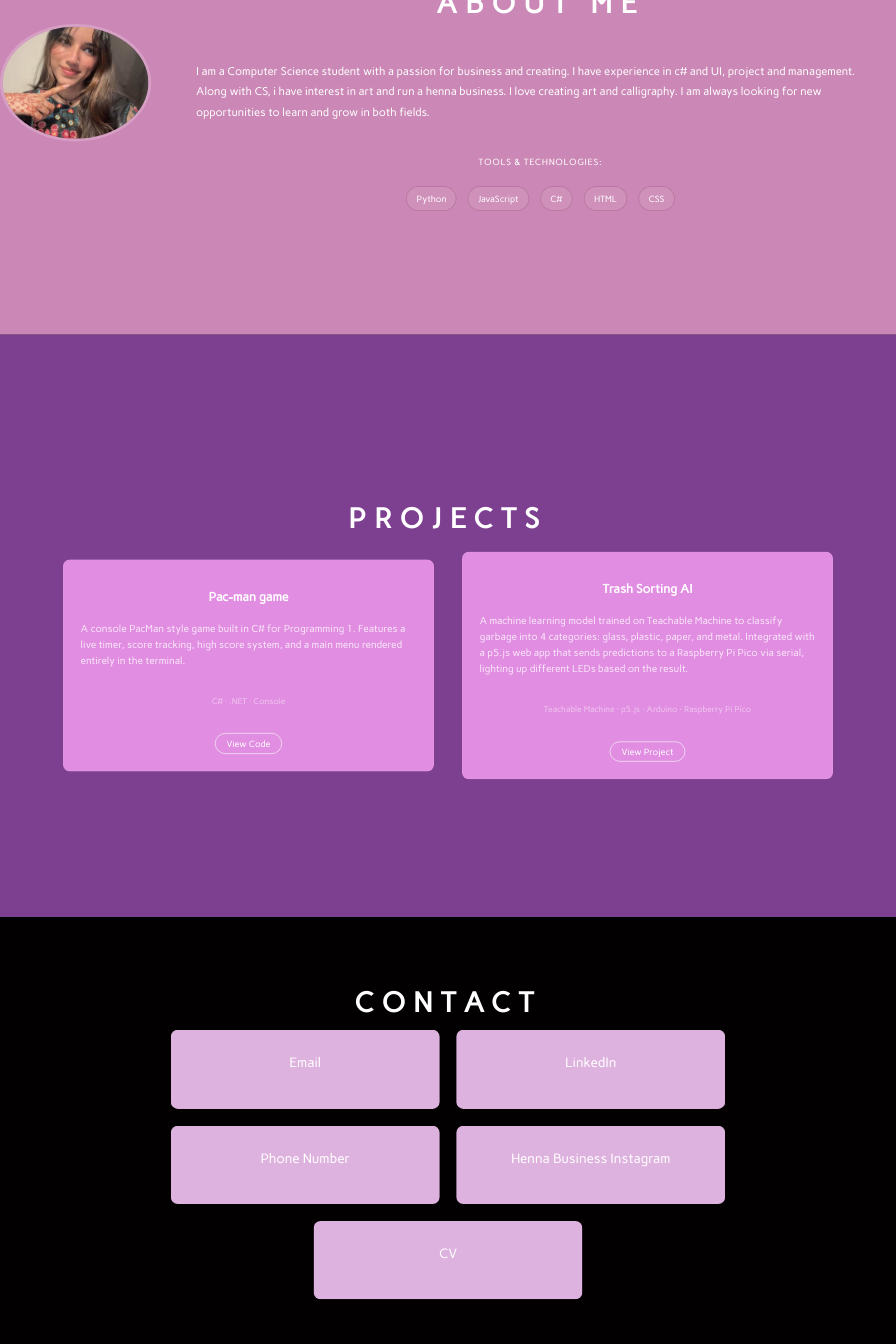
Repository: Rameen-A/Rameen-A
Page: index.html
These files come from the project's save history. The page is drawn as it stood at one moment and after the next save; the edit follows.
The browser window is 1280 px wide. The pictures show the part of the page from y = 1013 to 2933 px (the page is 2933 px tall before and 2797 px after), at 70% of full size.

Above is the page before, as saved 2026-05-09 21:33:45.

After the next save:
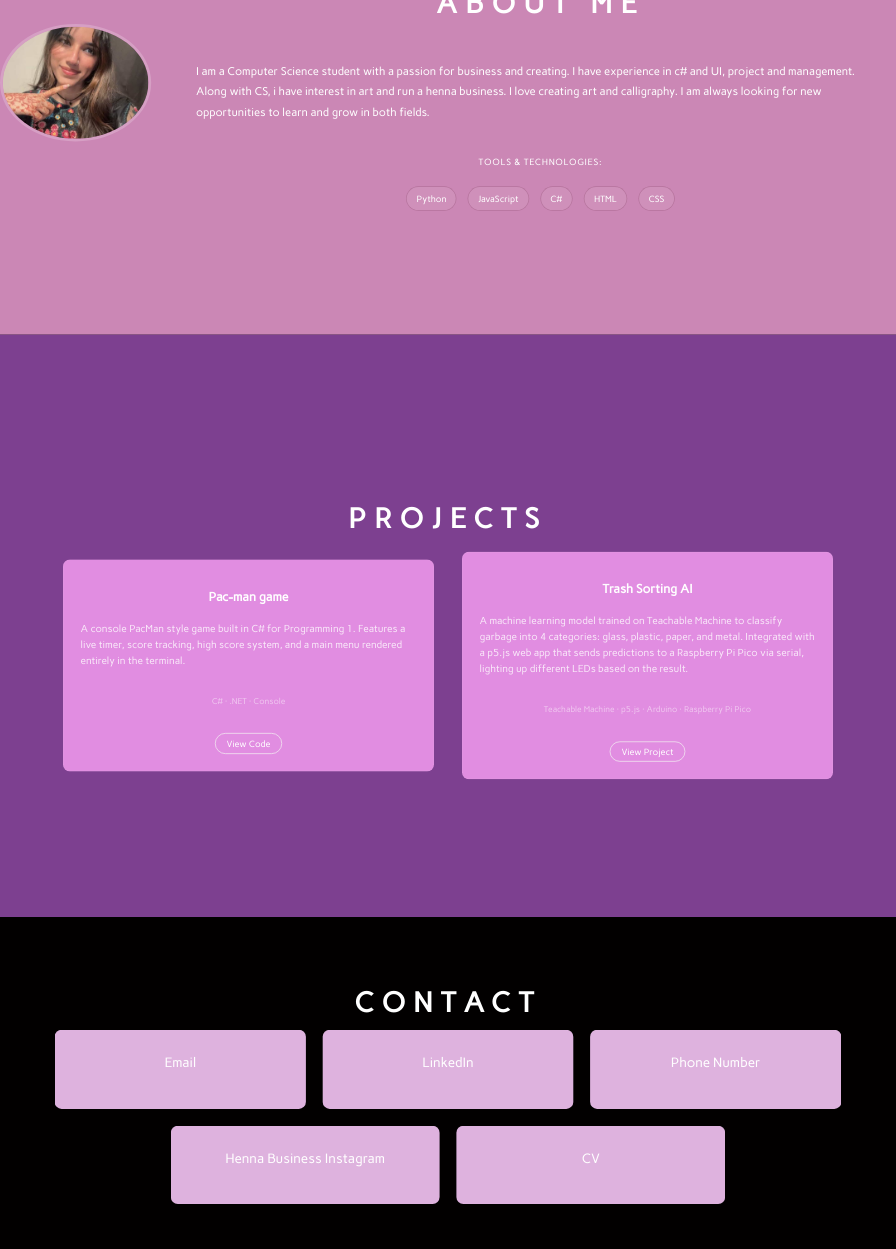
Saved 40 s later.
--- a/styles/index.css
+++ b/styles/index.css
@@ -217,6 +217,7 @@
   overflow: hidden;
   width: 100%;
   max-width: 22rem;
+  flex: 1 1 18rem;
 }
 
 .hover-text {

After the save that followed:
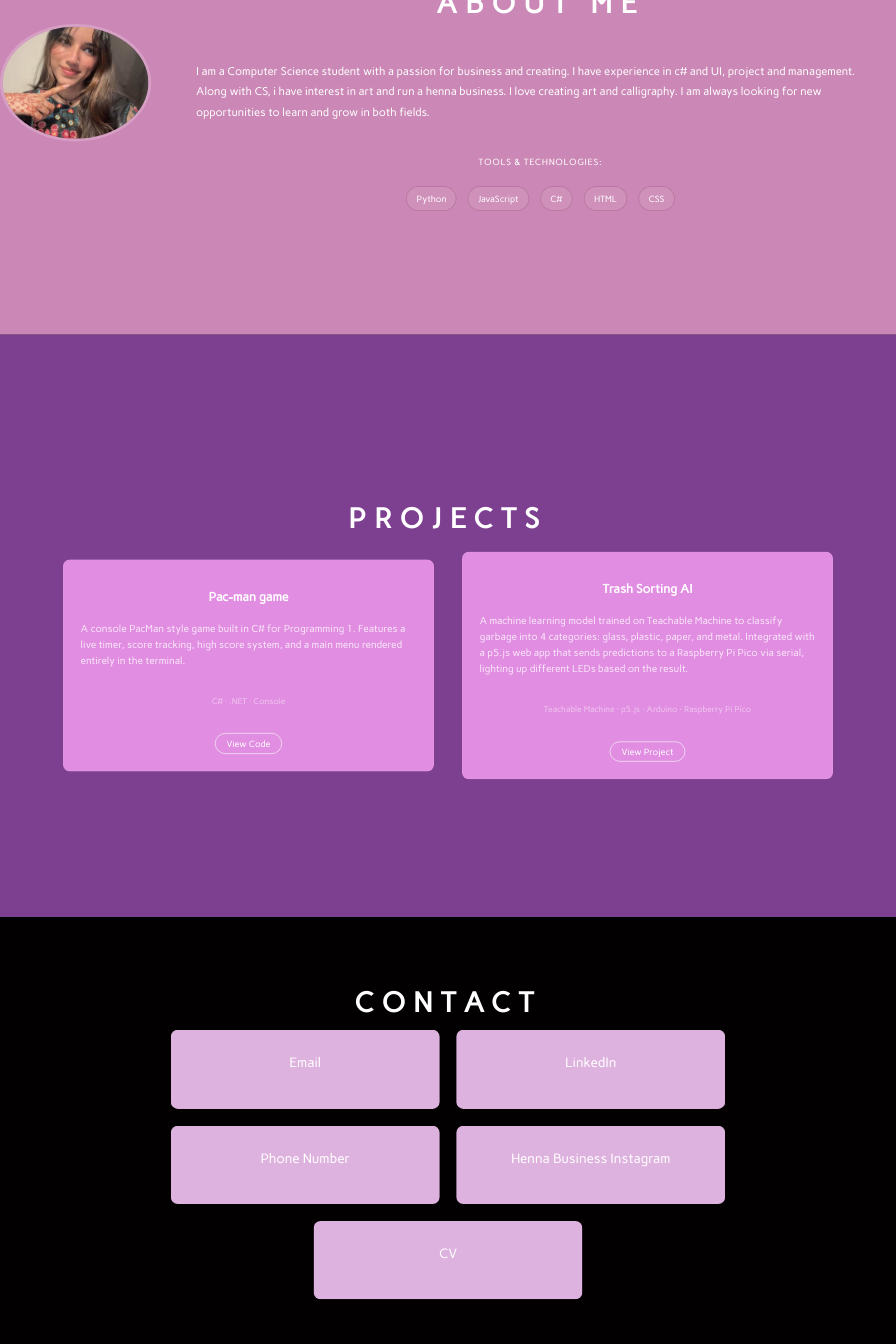
Saved 32 s later.
--- a/styles/index.css
+++ b/styles/index.css
@@ -217,7 +217,6 @@
   overflow: hidden;
   width: 100%;
   max-width: 22rem;
-  flex: 1 1 18rem;
 }
 
 .hover-text {
@@ -287,7 +286,6 @@
   }
 
   .about {
-    flex-direction: row;
     gap: 3rem;
     text-align: left;
     flex-direction: row;
